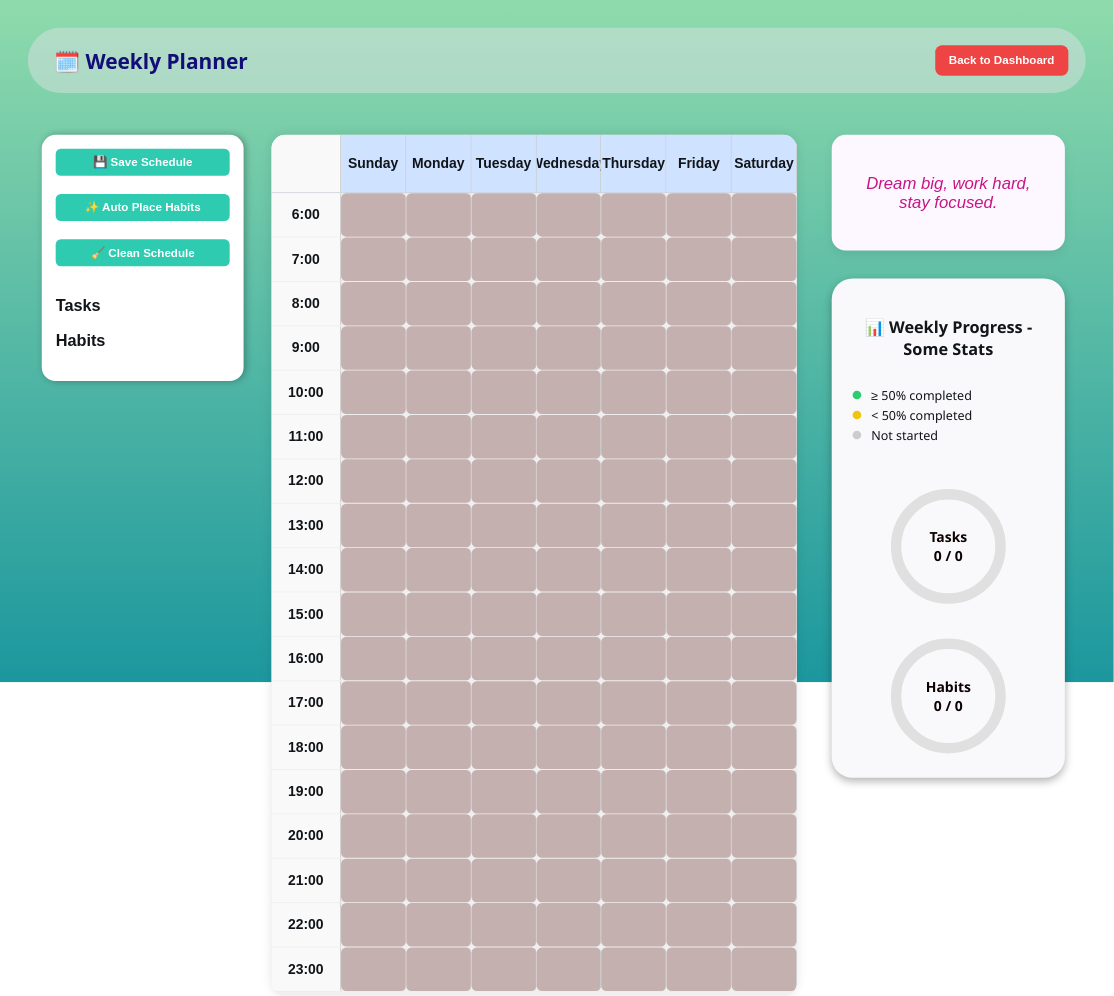
Repository: RachelB9913/smart-task-and-habit-tracker
Page: /schedule
These files come from the project's save history. The page is drawn as it stood at one moment and after the next save; the edit follows.
The browser window is 1280 px wide. The pictures show the whole page, at 87% of full size.
The project was rebuilt for these pictures with package versions that can differ from the ones it lists, and the page was loaded fresh each time. Also part of the build but not shown: src/components/PageWrapper.js, src/components/welcome.js, src/services/api.js, src/components/Login.js, src/components/Register.js, src/components/DashBoard.js.

Above is the page before, as saved 2025-06-29 19:49:11.

### src/App.js
import { BrowserRouter as Router, Routes, Route } from 'react-router-dom';
import Welcome from './components/welcome';
import Login from './components/Login';
import Register from './components/Register';
import Dashboard from './components/DashBoard';
import SchedulePlanner from './components/SchedulePlanner';


function App() {
  return (
    <Router>
      <Routes>
        <Route path="/" element={<Welcome />} />
        <Route path="/login" element={<Login />} />
        <Route path="/register" element={<Register />} />
        <Route path="/dashboard" element={<Dashboard />} />
        <Route path="/schedule" element={<SchedulePlanner />} />
      </Routes>
    </Router>
  );
}

export default App;

### src/App.css
html, body, #root {
  height: 100%;
  margin: 0;
  padding: 0;
  box-sizing: border-box;
}

form input {
  width: 100%;
  padding: 0.75rem;
  margin-bottom: 1rem;
  border: 1px solid #ddd;
  border-radius: 0.5rem;
  font-size: 1rem;
  transition: border-color 0.2s;
}

form input:focus {
  border-color: #6366f1; /* Indigo */
  outline: none;
}

form button,
.form-container button {
  width: 100%;
  padding: 0.75rem;
  font-size: 1rem;
  color: white;
  background-color: #6d6ed0; /* Indigo */
  border: none;
  border-radius: 0.5rem;
  cursor: pointer;
  transition: background-color 0.2s;
}

form button:hover,
.form-container button:hover {
  background-color: #4f46e5; /* Darker Indigo */
}

.form-container {
  max-width: 400px;
  margin: 100px auto;
  padding: 2rem;
  background-color: white;
  border-radius: 1rem;
  box-shadow: 0 8px 20px rgba(0, 0, 0, 0.1);
  text-align: center;
}

h2 {
  margin-bottom: 1.5rem;
  color: #130e77;
  font-size: 2rem;
  font-weight: 500;

}

.welcome-root {
  font-family: 'Manrope', 'Noto Sans', sans-serif;
  background: linear-gradient(to bottom, hsl(143, 51%, 71%), #1c979e);
  color: #111418;
  min-height: 100vh;
  display: flex;
  flex-direction: column;
}

.welcome-header {
  display: flex;
  justify-content: space-between;
  align-items: center;
  padding: 0rem 2rem;
  border-bottom: 1px solid #030f21;
  background-color: rgb(255, 255, 255);
}

.logo-area {
  display: flex;
  align-items: center;
  gap: 0.5rem;
}

.nav-links, .nav-actions {
  display: flex;
  gap: 1rem;
  align-items: center;
}

.nav-links a, .footer a {
  text-decoration: none;
  font-weight: 500;
  color: #111418;
}

.nav-actions button {
  padding: 0.5rem 1rem;
  border-radius: 8px;
  border: none;
  font-weight: bold;
  cursor: pointer;
}

/* top buttons */
.nav-actions button:first-child {
  background: #0c7ff2;
  color: white;
}

.nav-actions button:first-child:hover {
  background: #0361bf; /* new hover color */
  color: #e3e3e3;      /* optional: change text color on hover */
}

.nav-actions button:last-child {
  background: #f0f2f5;
  color: #111418;
}

.nav-actions button:last-child:hover {
  background: #b5b8bd; /* new hover color */
  color: #0c7ff2;      /* optional: change text color on hover */
}

.welcome-hero {
  background: transparent;
  padding: 3rem 2rem;
  text-align: center;
  color: rgb(1, 0, 9);
}

.welcome-hero h1 {
  font-size: 2.5rem;
  font-weight: 800;
}

.hero-actions {
  margin-top: 2rem;
  display: flex;
  justify-content: center;
  gap: 1rem;
}

.hero-actions button {
  padding: 0.75rem 1.5rem;
  font-weight: bold;
  border-radius: 8px;
  border: none;
  cursor: pointer;
}

/* center buttons */
.hero-actions button:first-child {
  background-color: #0c7ff2;
  color: white;
}

.hero-actions button:first-child:hover {
  background-color: #0c7ff2;
  color: white;
  border: #0d1101 1px solid;
}

.hero-actions button:last-child {
  background-color: #f0f2f5;
  color: #111418;
}

.hero-actions button:last-child:hover {
  background-color: #f0f2f5;
  color: #111418;
  border: #0d1101 1px solid;
}

.features {
  padding: 3rem 2rem;
  text-align: center;
}

.feature-cards {
  display: flex;
  gap: 1rem;
  flex-wrap: wrap;
  justify-content: center;
  margin-top: 2rem;
}

.feature-card {
  background: white;
  padding: 1.5rem;
  border-radius: 12px;
  border: 1px solid #052246;
  max-width: 300px;
  text-align: left;
  text-align: center;
  box-shadow: 0 4px 10px rgba(0, 0, 0, 0.5);

}

.footer {
  text-align: center;
  padding: 2rem;
  font-size: 1.1rem;
  color: #0d1101;
}

.register-background {
  background: linear-gradient(to left top, hsl(143, 51%, 71%), #1c979e);
  min-height: 100vh;
  display: flex;
  align-items: center;
  justify-content: center;
}

.login-background {
  background: linear-gradient(to right bottom, hsl(143, 51%, 71%), #1c979e);
  min-height: 100vh;
  display: flex;
  align-items: center;
  justify-content: center;
}

### src/components/Auth.css
.auth-container {
  max-width: 400px;
  margin: 60px auto;
  padding: 2rem;
  background-color: #f8f9fa;
  border-radius: 12px;
  box-shadow: 0 2px 10px rgba(0, 0, 0, 0.1);
}

.auth-form {
  display: flex;
  flex-direction: column;
  gap: 1rem;
}

.auth-form input {
  padding: 0.75rem;
  border-radius: 8px;
  border: 1px solid #ccc;
  font-size: 1rem;
}

.auth-form button {
  padding: 0.75rem;
  background-color: #007bff;
  color: white;
  border: none;
  border-radius: 8px;
  font-size: 1rem;
  cursor: pointer;
}

.auth-form button:hover {
  background-color: #0056b3;
}


.dashboard-header {
  display: flex;
  justify-content: flex-end;
  padding: 20px;
}

.dashboard-header button {
  padding: 10px 16px;
  background-color: #ef4444; /* red */
  color: white;
  border: none;
  border-radius: 8px;
  font-weight: bold;
  cursor: pointer;
}

.dashboard-header button:hover {
  background-color: #ad2626;
}

.button-group {
  display: flex;
  flex-direction: column;
  gap: 10px; /* Adjust the space between buttons */
}

### src/Dashboard.css
/* Dashboard.css */

.dashboard-container {
  font-family: 'Manrope', 'Noto Sans', sans-serif;
  min-height: 100vh;
  padding: 2rem;
  transition: background-color 0.3s ease;
  color: #111418;
}

.dashboard-container.light {
  background: linear-gradient(to bottom, hsl(143, 51%, 71%), #1c979e);
}

.dashboard-header {
  display: flex;
  justify-content: space-between;
  align-items: center;
  padding: 20px;
  background-color: rgba(218, 226, 226, 0.5);
  color: #031d3e;
  border-radius: 3rem;
  margin-bottom: 2rem;
}

.header-left {
  display: flex;
  align-items: center;
  justify-content: flex-start;
  flex: 1; /* allows the left side to take up space */
}

.header-left h2 {
  margin: 0;
  padding-left: 10px;
  font-weight: 700;
  font-size: 1.5rem;
}

.toggle-button,
.bg-toggle {
  padding: 0.6rem 1.2rem;
  font-weight: bold;
  border-radius: 8px;
  border: none;
  cursor: pointer;
  font-size: 1rem;
  background-color: #0c7ff2;
  color: white;
  transition: background-color 0.2s ease;
}

.toggle-button:hover,
.bg-toggle:hover {
  background-color: #035fd0;
}

.add-button {
  width: 30px;
  height: 30px;
  border-radius: 50%;
  font-size: 20px;
  background-color: hsl(211, 69%, 59%);
  color: white;
  border: none;
  cursor: pointer;
  transition: background-color 0.3s ease;
}

.add-button:hover {
  background-color: #0056b3;
}

.toggle-button {
  display: block;
  margin: 1rem auto;
}

.task-section,
.habit-section {
  background-color: white;
  color: #111418;
  max-width: 650px;
  margin: 1rem auto;
  padding: 1rem 1.5rem;
  border-radius: 1rem;
  box-shadow: 0 6px 12px rgba(120, 8, 226, 0.1);
}

.task-section ul,
.habit-section ul {
  list-style-type: none;
  padding: 0;
}

.task-section li,
.habit-section li {
  padding: 0.5rem 0;
  border-bottom: 1px solid #ddd;
}

.task-section li:last-child,
.habit-section li:last-child {
  border-bottom: none;
}

h1 {
  text-align: center;
  font-size: 2rem;
  margin-bottom: 2rem;
  color: #031d3e;
  font-weight: 1000;
}

.logout-button {
  background-color: #e74c3c;
  color: white;
  border: none;
  padding: 8px 12px;
  border-radius: 5px;
  cursor: pointer;
}

.logout-button:hover {
  background-color: #c0392b;
}

.form-popup-overlay {
  position: fixed;
  top: 0;
  left: 0;
  height: 100vh;
  width: 100vw;
  background: rgba(0, 0, 0, 0.3);
  display: flex;
  align-items: center;
  justify-content: center;
  z-index: 999;
}

.form-popup {
  background: white;
  padding: 2rem;
  border-radius: 1rem;
  box-shadow: 0 0 20px rgba(0,0,0,0.2);
  display: flex;
  flex-direction: column;
  gap: 1rem;
  width: 300px;
}

.task-item {
  padding: 0.5rem 0;
  border-bottom: 1px solid #ddd;
}

.task-content {
  display: flex;
  align-items: flex-start;
}

.task-content input[type="checkbox"] {
  margin-top: 0.7rem;
  margin-left: 0.9rem;
  transform: scale(1.2);
  cursor: pointer;
}

.task-details {
  flex: 1;
  padding: 0.5rem 0.75rem; /* ← Add this for internal spacing */
  border-radius: 0.5rem;
}

.task-done {
  opacity: 0.5;
  text-decoration: line-through;
}

.task-item {
  background-color: white;
  margin-bottom: 0.5rem;
  border-radius: 0.5rem;
  box-shadow: 0 1px 3px rgba(0,0,0,0.1);
  transition: transform 0.2s ease;
}

.task-actions {
  display: flex;
  flex-direction: column;
  gap: 0.3rem;
}

.edit-button, .delete-button {
  background: none;
  border: black;
  border-radius: 0.5rem;
  cursor: pointer;
  font-size: 1rem;
  transition: color 0.2s;
}

.edit-button:hover {
  color: #0a58ca;
}

.delete-button:hover {
  color: #dc3545;
}

.task-section li strong,
.habit-section li strong {
  font-weight: 700;
  font-size: 1rem;
  color: #031d3e;
}

.task-section li em,
.habit-section li em {
  font-style: italic;
  color: #555;
}

.task-section li,
.habit-section li {
  font-family: 'Manrope', 'Noto Sans', sans-serif;
  font-size: 0.95rem;
  font-weight: lighter;
}

### src/components/SchedulePlanner.css
.stats-wrapper {
  display: flex;
  flex-direction: column;
  gap: 1.5rem;
  align-items: center;
  padding: 1rem;
}

.quote-panel {
  background-color: #fdf7ff;
  color: mediumvioletred;
  padding: 1.5rem;
  border-radius: 16px;
  text-align: center;
  box-shadow: 0 4px 12px rgba(0, 0, 0, 0.08);
  font-size: 1.2rem;
  font-style: italic;
  display: flex;
  justify-content: center;
  align-items: center;
  min-height: 85px;
  width: 100%;
  max-width: 220px;
}

.quote-panel:hover {
  color: #1f16cd;
}

.stats-wrapper .stats-panel {
  width: 100%;
  max-width: 220px;
}

.planner-container {
  display: flex;
  height: calc(100vh - 120px);
  font-family: 'Manrope', sans-serif;
}

.task-sidebar {
  flex-shrink: 0;
  width: 200px;
  background: white;
  padding: 1rem;
  box-shadow: 2px 0 8px rgba(0,0,0,0.3);
  border-radius: 1rem;
  margin: 1rem;
  height: fit-content;
}

.task-item {
  background: hsl(210, 34%, 76%);
  color: #031d3e;
  margin: 0.5rem 0;
  padding: 0.6rem;
  border-radius: 10px;
  font-weight: 600;
  box-shadow: 0 2px 4px rgba(0,0,0,0.1);
}

:root {
  --cell-height: 55px;
}

.calendar-grid {
  display: grid;
  grid-template-rows: repeat(var(--row-count), 1fr);
  height: calc(var(--row-count) * var(--cell-height));
  flex: 1;
  overflow: auto;
  margin: 1rem;
  border-radius: 1rem;
  background: rgb(240, 240, 240);
  box-shadow: 0 0 12px rgba(0, 0, 0, 0.1);
}


.grid-header {
  /* display: flex;
  background: #cfe2ff;
  font-weight: bold;
  border-bottom: 1px solid #ccc; */
  display: grid;
  grid-template-columns: 80px repeat(7, 1fr); /* hour + 7 days */
  background: #cfe2ff;
  font-weight: bold;
  border-bottom: 1px solid #ccc;
}

.grid-body .row {
  /* display: flex;
  border-bottom: 1px solid #eee; */
  display: grid;
  grid-template-columns: 80px repeat(7, 1fr); /* same as above */
  border-bottom: 1px solid #eee;
}

.cell {
  padding: 0.5rem;
  border-right: 1px solid #ccc;
  overflow: hidden;
}

.hour-cell {
  display: flex;
  align-items: center;
  justify-content: center;
  background: #f9f9f9;
  font-weight: bold;
  border-right: 1px solid #ccc;
}

.time-slot {
  background-color: #c5b0b0;
  border-radius: 6px;
  height: 50px;
  display: flex;
  justify-content: center;
  align-items: center;
  padding: 0;
}

.time-slot:hover {
  background-color: #e7f5ff;
  cursor: pointer;
}

.day-cell {
  display: flex;
  align-items: center;
  justify-content: center;
  text-align: center;
  background: #cfe2ff;
  border-right: 1px solid #ccc;
  height: 50px;
  font-weight: 600;
}

.scheduled-task {
  background-color: #a8dadc;
  border: 1px solid #3dbd19;
  padding: 2px 6px;
  border-radius: 6px;
  font-weight: 500;
  font-size: 0.8rem;
  text-align: center;
  display: flexbox;
  justify-content: space-between;
  align-items: center;
  overflow: hidden;
  text-overflow: ellipsis;
}

.scheduled-task.habit-task {
  background-color: #a8dadc;
  border: 1px solid #7e2fbe;
  padding: 2px 5px;
  border-radius: 6px;
  font-weight: 500;
  font-size: 0.8rem;
  text-align: center;
  display: flexbox;
  justify-content: space-between;
  align-items: center;
  overflow: hidden;
  text-overflow: ellipsis;
}

.done-task {
  background-color: #90ee90 !important; /* light green for done tasks */
  border: 1px solid #3dbd19 !important;
}

.remove-btn {
  background: none;
  border: none;
  color: #d00000;
  font-size: 0.8rem;
  cursor: pointer;
  margin-left: 0rem;
  margin-right: 0.6rem;
}

.grayed-out {
  opacity: 0.5;
  pointer-events: none;
}

.save-button {
  margin-bottom: 1rem;
  padding: 0.5rem 1rem;
  background-color: #2ecbb1;
  color: white;
  border: none;
  border-radius: 6px;
  font-weight: bold;
  cursor: pointer;
  transition: background-color 0.2s ease;
}

.save-button:hover {
  background-color: #137969;
}

.save-button-container {
  display: flex;
  justify-content: center;
  margin-bottom: 1rem;
}

.mark-done-btn {
  background: none;
  border: none;
  color: green;
  font-size: 1rem;
  cursor: pointer;

}

.vertical-buttons {
  display: flex;
  flex-direction: column;
  gap: 5px;
}

.habit-icons {
  display: flex;
  gap: 4px;
}
.duplicate-btn {
  background: none;
  border: none;
  font-size: 1rem;
  cursor: pointer;
}

.modal-overlay {
  position: fixed;
  top: 0;
  left: 0;
  width: 100%;
  height: 100%;
  backdrop-filter: blur(6px);
  background-color: rgba(0, 0, 0, 0.3);
  display: flex;
  align-items: center;
  justify-content: center;
  z-index: 1000;
}

.modal-content {
  background-color: white;
  padding: 2rem;
  border-radius: 12px;
  box-shadow: 0 8px 24px rgba(0, 0, 0, 0.2);
  text-align: center;
  min-width: 300px;
  animation: fadeIn 0.3s ease;
  min-width: 60vw;
  max-width: 95vw;
  padding: 1rem;
}

@media (max-width: 600px) {
  .modal-content {
    min-width: 90vw;
    padding: 0.5rem;
  }
}

.modal-buttons {
  margin-top: 1rem;
  display: flex;
  justify-content: space-around;
  gap: 1rem;
}

.confirm-btn,
.cancel-btn {
  padding: 0.6rem 1.2rem;
  border-radius: 8px;
  border: none;
  cursor: pointer;
  font-weight: bold;
  transition: background-color 0.2s ease;
}

.confirm-btn {
  background-color: #4CAF50;
  color: white;
  font-weight: lighter;
}

.cancel-btn {
  background-color: #f44336;
  color: white;
  font-weight: lighter;
}

.confirm-btn:hover {
  background-color: #45a049;
}

.cancel-btn:hover {
  background-color: #d32f2f;
}

@keyframes fadeIn {
  from { opacity: 0; transform: scale(0.9); }
  to { opacity: 1; transform: scale(1); }
}

.stat-circle.full-gold {
  background-color: gold;
  border-radius: 50%;
  padding: 0.3rem;
}

@media (max-width: 900px) {
  .planner-container {
    flex-direction: column;
    height: auto;
  }
  .task-sidebar, .calendar-grid {
    max-width: 100%;
    margin: 0.5rem 0;
  }
  .stats-panel {
    width: 100%;
    max-width: 230px;
    min-width: 180px;
    box-sizing: border-box;
  }
}

### src/components/StatisticsPanel.css
.stat-label {
  position: absolute;
  top: 0;
  left: 0;
  width: 100%;
  height: 100%;
  display: flex;
  flex-direction: column;
  align-items: center;
  justify-content: center;
  font-weight: bold;
  font-size: 1rem;
  color: #0e0101;
}

.stats-panel {
  position: sticky;
  top: 1rem;
  align-self: flex-start;
  background: #f9f9fb;
  border-radius: 1.5rem;
  box-shadow: 0 4px 10px rgba(0, 0, 0, 0.3);
  font-family: 'Segoe UI', sans-serif;
  padding: 1.5rem;
  margin: 0.5rem;
  display: flex;
  flex-direction: column;
  gap: 2rem;
  max-width: 230px;
}

.stat-circle {
  position: relative;
  width: 140px;
  height: 140px;
  margin: 0 auto;
}

.stat-circle svg {
  transform: rotate(-90deg);
  width: 100%;
  height: 100%;
}

.stat-bg,
.stat-fill {
  fill: none;
  stroke-width: 12;
  stroke-linecap: round;
}

.stat-bg {
  stroke: #e0e0e0;
}

.stat-fill {
  fill: none;
  stroke-width: 12;
  stroke-linecap: round;
  transition: stroke-dashoffset 0.5s ease;
}

.stat-label {
  position: absolute;
  top: 50%;
  left: 50%;
  transform: translate(-50%, -50%);
  text-align: center;
}

.stat-label strong {
  display: block;
  font-size: 1.1rem;
  color: #333;
}

.progress-ring circle {
  transition: stroke-dashoffset 0.6s ease-out;
}

.stats-circle {
  position: relative;
  cursor: help;
}
.stats-circle:hover::after {
  content: attr(data-tooltip);
  position: absolute;
  top: -1.5rem;
  left: 50%;
  transform: translateX(-50%);
  background: #444;
  color: #fff;
  padding: 0.3em 0.5em;
  border-radius: 4px;
  font-size: 0.8rem;
  white-space: nowrap;
  z-index: 10;
}

.legend {
  display: flex;
  flex-direction: column;
  gap: 4px;
  margin-top: -1rem;
  margin-bottom: 1rem;
  align-items: flex-start;
}

.legend-item {
  display: flex;
  align-items: center;
  gap: 0.4rem;
  font-size: 0.9rem;
}

.dot {
  display: inline-block;
  width: 10px;
  height: 10px;
  margin-right: 5px;
  border-radius: 50%;
}
.green { background: #2ecc71; }
.yellow { background: #f1c40f; }
.gray { background: #ccc; }

.celebration-message {
  margin-top: 0rem;
  font-weight: bold;
  font-size: 1.1rem;
  color: #27ae60;
  text-align: center;
  animation: pop 0.6s ease;
}

@keyframes pop {
  0% { transform: scale(0.8); opacity: 0; }
  50% { transform: scale(1.1); opacity: 1; }
  100% { transform: scale(1); }
}

Loaded but not shown: public/index.html (common file); src/index.js (common file); src/index.css (common file); src/reportWebVitals.js (common file); src/components/SchedulePlanner.js (688 lines, source omitted); src/components/StatisticsPanel.js (169 lines, source omitted)

After the next save:
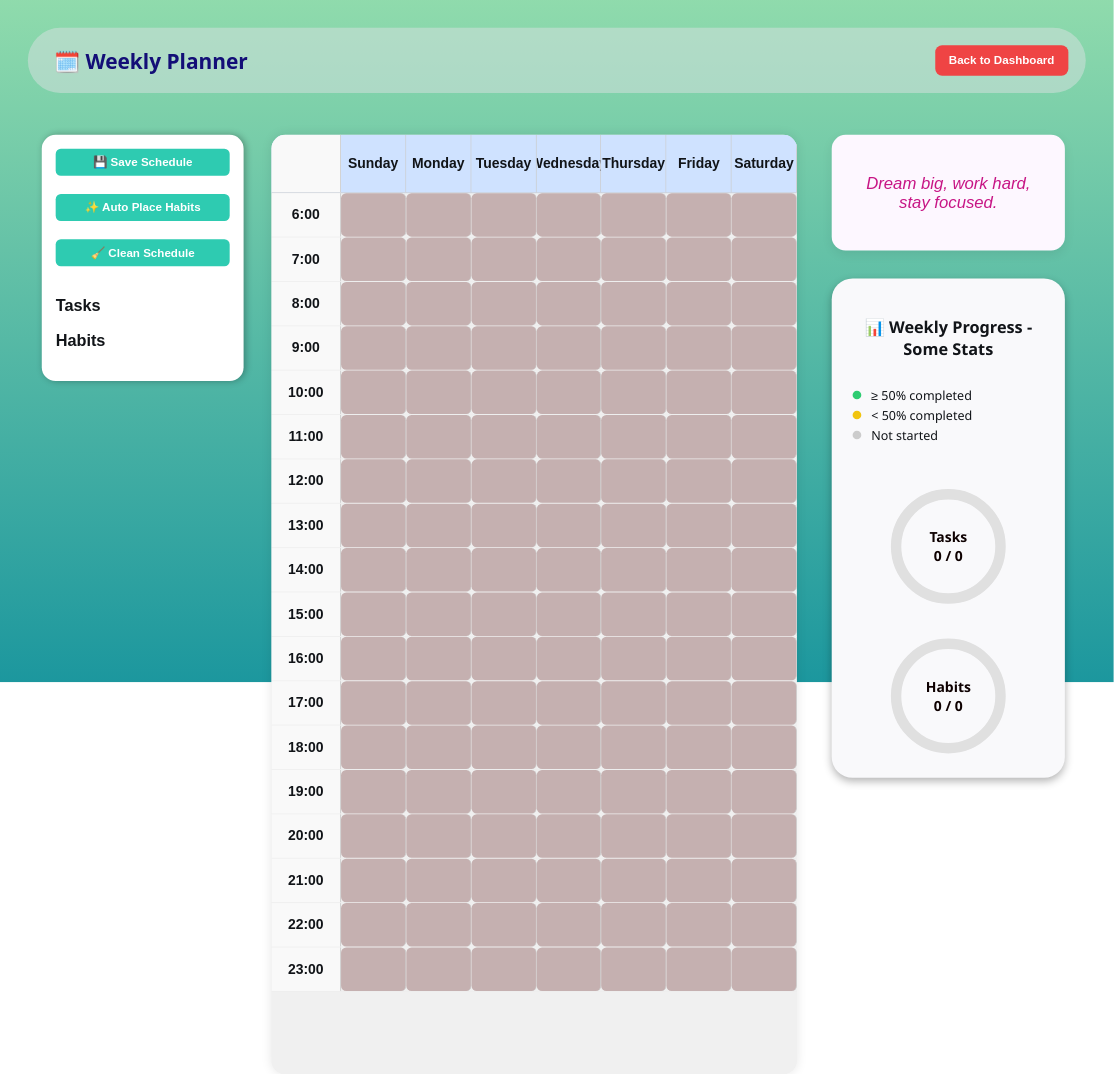
Saved 7 s later.
--- a/src/components/SchedulePlanner.css
+++ b/src/components/SchedulePlanner.css
@@ -60,7 +60,7 @@
 }
 
 :root {
-  --cell-height: 55px;
+  --cell-height: 60px;
 }
 
 .calendar-grid {
